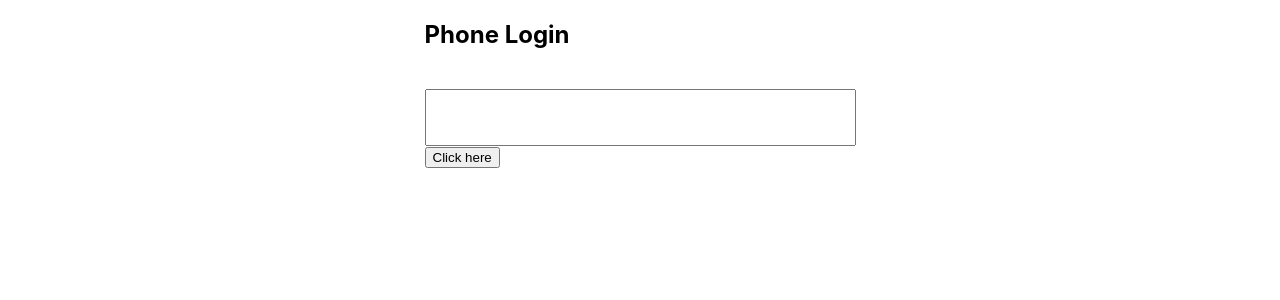
Repository: Rubin78/login-verification
Page: /
These files come from the project's save history. The page is drawn as it stood at one moment and after the next save; the edit follows.
The browser window is 1280 px wide. The pictures show the whole page.
The project was rebuilt for these pictures with package versions that can differ from the ones it lists, and the page was loaded fresh each time.

Above is the page before, as saved 2021-02-16 01:46:40.

### src/App.js
import React, { Component, label } from "react";
import "./App.css";
import firebase from "./firebase";

export default class App extends Component {
  constructor(props) {
    super(props);

    this.state = {
      phoneNumber: null,
    };
  }

  //   setUpRecaptcha = () =>{
  // window.recaptchaVerifier = new firebase.auth.RecaptchaVerifier(
  //   "sign-in-button",
  //   {
  //     size: "invisible",
  //     callback: (response) => {
  //       // reCAPTCHA solved, allow signInWithPhoneNumber.
  //       this.onSignInSubmit();
  //     },
  //   }
  // );

  //   };

  //   onSignInSubmit = (event) => {
  // event.preventDefault();
  //     const phoneNumber = "+918369696578";
  //     const appVerifier = window.recaptchaVerifier;
  //     firebase
  //       .auth()
  //       .signInWithPhoneNumber(phoneNumber, appVerifier)
  //       .then((confirmationResult) => {
  // SMS sent. Prompt user to type the code from the message, then sign the
  // user in with confirmationResult.confirm(code).
  // window.confirmationResult = confirmationResult;
  // ...
  // })
  // .catch((error) => {
  // Error; SMS not sent
  // ...
  //     });
  // }

  handleClick = (e) => {
    e.preventDefault();
    const { phoneNumber } = this.state;
    const phoneNumber_countryCode = `+91${phoneNumber}`;
    console.log(phoneNumber_countryCode);
    let recaptcha = new firebase.auth.RecaptchaVerifier("recaptcha");
    let number = phoneNumber_countryCode;
    firebase
      .auth()
      .signInWithPhoneNumber(number, recaptcha)
      .then(function (e) {
        let code = prompt("enter otp", "");
        if (code == null) return;
        e.confirm(code)
          .then(function (result) {
            console.log(result.user, "user");
            document.querySelector("label").textContent =
              result.user.phoneNumber + "Number Verified";
          })
          .catch((error) => {
            console.log(error);
          });
      });
  };

  render() {
    const { phoneNumber } = this.state;
    return (

       <div className="container">

<div className="row justify-content-center align-item-center">

<div className="col-sm-6 text-left">
  <h2>Phone Login</h2>
  </div>
        <form onSubmit={this.handleClick}>
          <div id="recaptcha"></div>
          <br />


          <input
            type="tel"
            pattern="[789][0-9]{9}"
            value={phoneNumber}
            onChange={(e) => {
              this.setState({
                phoneNumber: e.target.value,
              });
            }}
          />
          <br />
          <input type="submit" value="Click here" />
        </form>
        </div>
        {/* <div className="container">

<div className="row justify-content-center align-item-center">

<div className="col-sm-6 text-left">
  <h2>Phone Login</h2>
  </div>
<form onSubmit={this.onSignInSubmit}>
  <div className="form-group">
    <label for ="exampleInputEmail1">phone number</label>
    <input type="number" className="form-control" />
    </div>

    <button type="submit" className="btn btn-primary">submit</button>
    </form>
  </div>
  </div> */}
      </div>
    );
  }
}

### src/App.css
.App {
  text-align: center;
}
.container{
  display: flex;
  justify-content: center;
  align-items: center;
}
.App-logo {
  height: 40vmin;
  pointer-events: none;
}

@media (prefers-reduced-motion: no-preference) {
  .App-logo {
    animation: App-logo-spin infinite 20s linear;
  }
}
input[type="tel"] {
    padding: 12px 46px;
    font-size: 25px;
    font-weight: bolder;
}
.App-header {
  background-color: #282c34;
  min-height: 100vh;
  display: flex;
  flex-direction: column;
  align-items: center;
  justify-content: center;
  font-size: calc(10px + 2vmin);
  color: white;
}

.App-link {
  color: #61dafb;
}

@keyframes App-logo-spin {
  from {
    transform: rotate(0deg);
  }
  to {
    transform: rotate(360deg);
  }
}

### src/firebase.js
import firebase from "firebase";
import "firebase/auth";



// Your web app's Firebase configuration
var firebaseConfig = {
  apiKey: "AIzaSyCPzRnaARKqxbz7v2rWT2UkPVg2Tu1pzO8",
  authDomain: "phone-login-2db6e.firebaseapp.com",
  projectId: "phone-login-2db6e",
  storageBucket: "phone-login-2db6e.appspot.com",
  messagingSenderId: "683632220759",
  appId: "1:683632220759:web:e58cc6ba32dc476c8a2112",
};
// Initialize Firebase
firebase.initializeApp(firebaseConfig);

export default firebase;

Loaded but not shown: public/index.html (common file); src/index.js (common file); src/index.css (common file); src/reportWebVitals.js (common file)

After the next save:
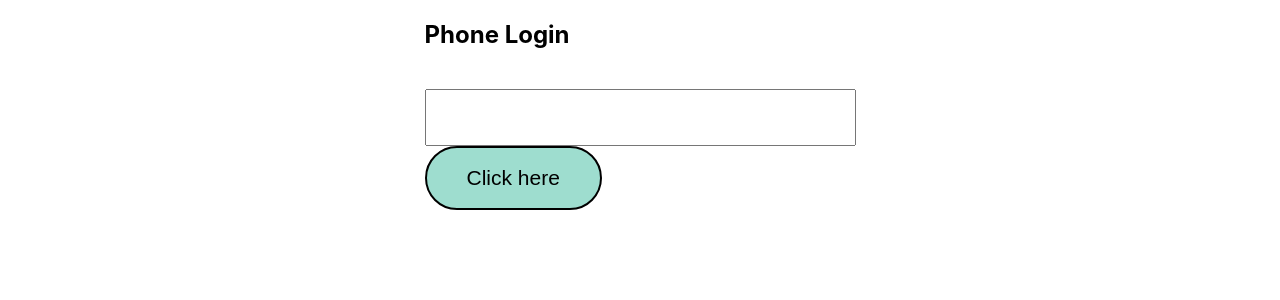
Saved 4 min 30 s later.
--- a/src/App.css
+++ b/src/App.css
@@ -21,6 +21,18 @@ input[type="tel"] {
     font-size: 25px;
     font-weight: bolder;
 }
+
+input[type="submit"] {
+    padding: 18px 40px;
+    font-size: 21px;
+    border-radius: 37px;
+    background: #9eddcf;
+    border-color: orange;
+    border: 2px solid;
+}
+
+user agent stylesheet
+
 .App-header {
   background-color: #282c34;
   min-height: 100vh;
